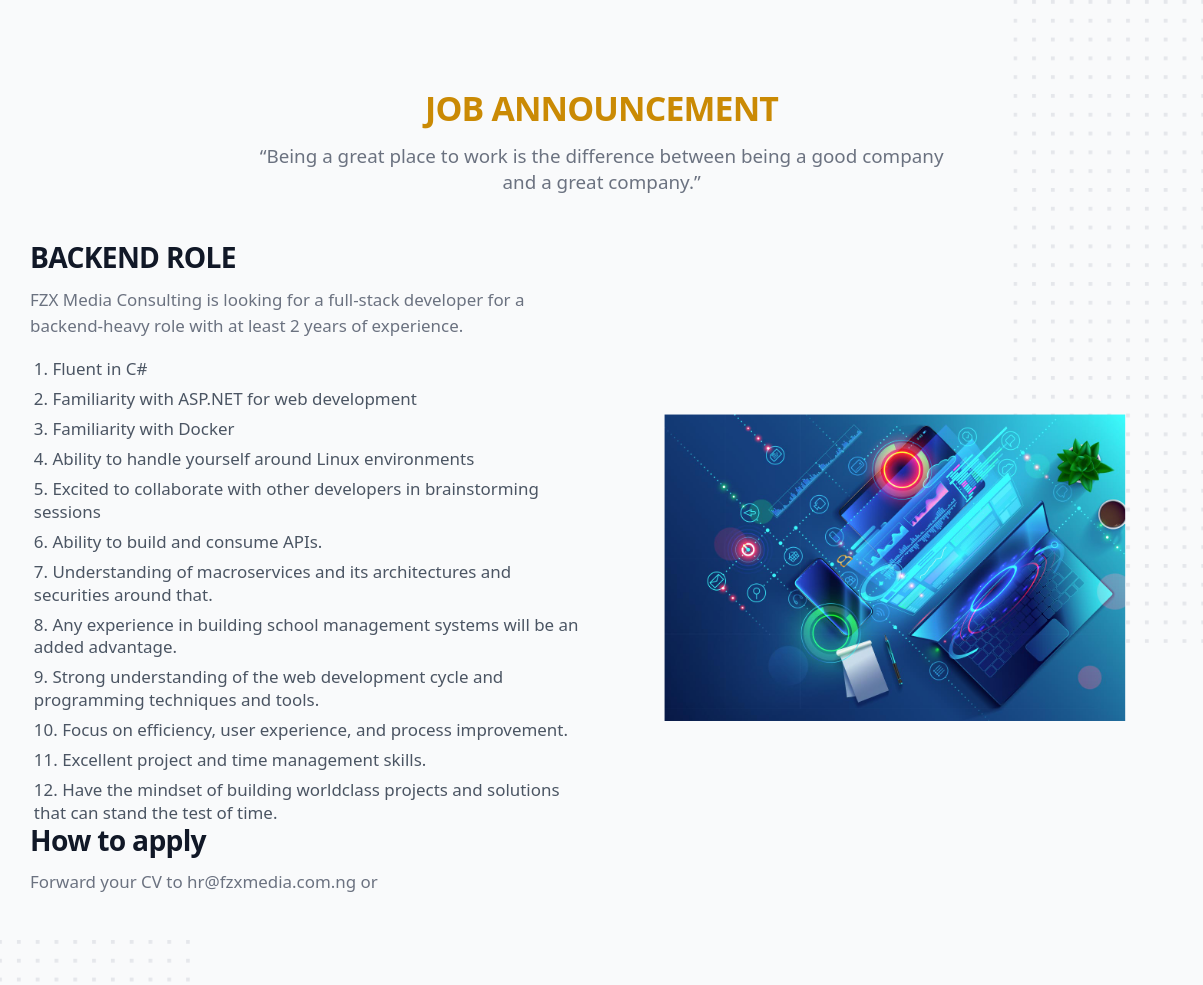
Repository: emorilebo/invotec
Page: /jobs
The author's editor kept a copy of each file at every save. The page is drawn from the files as they stood at one save, then again after the next save.
The browser window is 1280 px wide. The pictures show the whole page, at 94% of full size.
The project was rebuilt for these pictures with package versions that can differ from the ones it lists, and the page was loaded fresh each time. The framework's server and built-in components were replaced by stand-ins that run in the browser. Also part of the build but not shown: next.config.js.

Above is the page before, as saved 2022-12-07 11:34:05.

### pages/jobs.tsx
import React from 'react'
import {
  BoltIcon,
  ChatBubbleBottomCenterTextIcon,
  EnvelopeIcon,
  GlobeAltIcon,
  ScaleIcon,
} from '@heroicons/react/24/solid'

const transferFeatures = [
  {
    id: 1,
    name: '1. Fluent in C#',
    description:
      'Lorem ipsum, dolor sit amet consectetur adipisicing elit. Maiores impedit perferendis suscipit eaque, iste dolor cupiditate blanditiis ratione.',
    icon: GlobeAltIcon,
  },
  {
    id: 2,
    name: '2. Familiarity with ASP.NET for web development',
    description:
      'Lorem ipsum, dolor sit amet consectetur adipisicing elit. Maiores impedit perferendis suscipit eaque, iste dolor cupiditate blanditiis ratione.',
    icon: ScaleIcon,
  },
  {
    id: 3,
    name: '3. Familiarity with Docker',
    description:
      'Lorem ipsum, dolor sit amet consectetur adipisicing elit. Maiores impedit perferendis suscipit eaque, iste dolor cupiditate blanditiis ratione.',
    icon: BoltIcon,
  },
  {
    id: 4,
    name: '4. Ability to handle yourself around Linux environments',
    description:
      'Lorem ipsum, dolor sit amet consectetur adipisicing elit. Maiores impedit perferendis suscipit eaque, iste dolor cupiditate blanditiis ratione.',
    icon: BoltIcon,
  },
  {
    id: 5,
    name: '5. Excited to collaborate with other developers in brainstorming sessions',
    description:
      'Lorem ipsum, dolor sit amet consectetur adipisicing elit. Maiores impedit perferendis suscipit eaque, iste dolor cupiditate blanditiis ratione.',
    icon: BoltIcon,
  },
  {
    id: 6,
    name: '6. Ability to build and consume APIs.',
    description:
      'Lorem ipsum, dolor sit amet consectetur adipisicing elit. Maiores impedit perferendis suscipit eaque, iste dolor cupiditate blanditiis ratione.',
    icon: BoltIcon,
  },
  {
    id: 7,
    name: '7. Understanding of macroservices and its architectures and securities around that.',
    description:
      'Lorem ipsum, dolor sit amet consectetur adipisicing elit. Maiores impedit perferendis suscipit eaque, iste dolor cupiditate blanditiis ratione.',
    icon: BoltIcon,
  },
  {
    id: 8,
    name: '8. Any experience in building school management systems will be an added advantage.',
    description:
      'Lorem ipsum, dolor sit amet consectetur adipisicing elit. Maiores impedit perferendis suscipit eaque, iste dolor cupiditate blanditiis ratione.',
    icon: BoltIcon,
  },
  {
    id: 9,
    name: '9. Strong understanding of the web development cycle and programming techniques and tools.',
    description:
      'Lorem ipsum, dolor sit amet consectetur adipisicing elit. Maiores impedit perferendis suscipit eaque, iste dolor cupiditate blanditiis ratione.',
    icon: BoltIcon,
  },
  {
    id: 10,
    name: '10. Focus on efficiency, user experience, and process improvement.',
    description:
      'Lorem ipsum, dolor sit amet consectetur adipisicing elit. Maiores impedit perferendis suscipit eaque, iste dolor cupiditate blanditiis ratione.',
    icon: BoltIcon,
  },
  {
    id: 11,
    name: '11. Excellent project and time management skills.',
    description:
      'Lorem ipsum, dolor sit amet consectetur adipisicing elit. Maiores impedit perferendis suscipit eaque, iste dolor cupiditate blanditiis ratione.',
    icon: BoltIcon,
  },
  {
    id: 12,
    name: '12. Have the mindset of building worldclass projects and solutions that can stand the test of time.',
    description:
      'Lorem ipsum, dolor sit amet consectetur adipisicing elit. Maiores impedit perferendis suscipit eaque, iste dolor cupiditate blanditiis ratione.',
    icon: BoltIcon,
  },
]
const communicationFeatures = [
  {
    id: 1,
    name: 'Mobile notifications',
    description:
      'Lorem ipsum, dolor sit amet consectetur adipisicing elit. Maiores impedit perferendis suscipit eaque, iste dolor cupiditate blanditiis ratione.',
    icon: ChatBubbleBottomCenterTextIcon,
  },
  {
    id: 2,
    name: 'Reminder emails',
    description:
      'Lorem ipsum, dolor sit amet consectetur adipisicing elit. Maiores impedit perferendis suscipit eaque, iste dolor cupiditate blanditiis ratione.',
    icon: EnvelopeIcon,
  },
]

function jobs() {
  return (
    <div className="overflow-hidden bg-gray-50 py-16 lg:py-24">
      <div className="relative mx-auto max-w-xl px-6 lg:max-w-7xl lg:px-8">
        <svg
          className="absolute left-full hidden -translate-x-1/2 -translate-y-1/4 transform lg:block"
          width={404}
          height={784}
          fill="none"
          viewBox="0 0 404 784"
          aria-hidden="true"
        >
          <defs>
            <pattern
              id="b1e6e422-73f8-40a6-b5d9-c8586e37e0e7"
              x={0}
              y={0}
              width={20}
              height={20}
              patternUnits="userSpaceOnUse"
            >
              <rect
                x={0}
                y={0}
                width={4}
                height={4}
                className="text-gray-200"
                fill="currentColor"
              />
            </pattern>
          </defs>
          <rect
            width={404}
            height={784}
            fill="url(#b1e6e422-73f8-40a6-b5d9-c8586e37e0e7)"
          />
        </svg>

        <div className="relative">
          <h2 className="text-center text-3xl font-bold leading-8 tracking-tight text-yellow-600 sm:text-4xl">
            JOB ANNOUNCEMENT
          </h2>
          <p className="mx-auto mt-4 max-w-3xl text-center text-sm lg:text-xl text-gray-500 ">
            “Being a great place to work is the difference between being a good
            company and a great company.”
          </p>
        </div>

        <div className="relative mt-12 lg:mt-12 lg:grid lg:grid-cols-2 lg:items-center lg:gap-8">
          <div className="relative">
            <h3 className="text-2xl font-bold tracking-tight text-gray-900 sm:text-3xl">
              BACKEND ROLE
            </h3>
            <p className="mt-3 text-lg text-gray-500">
              FZX Media Consulting is looking for a full-stack developer for a
              backend-heavy role with at least 2 years of experience.
            </p>

            <dl className="mt-5 space-y-2">
              {transferFeatures.map((item) => (
                <div key={item.id} className="relative">
                  <dt>

                    <p className="ml-1 text-lg font-base leading-6 text-gray-600">
                      {item.name}
                    </p>
                  </dt>

                </div>
              ))}
            </dl>
            <h3 className="text-2xl font-bold tracking-tight text-gray-900 sm:text-3xl">
              How to apply
            </h3>
            <p className="mt-3 text-lg text-gray-500">
              Forward your CV to hr@fzxmedia.com.ng or
            </p>

          </div>

          <div className="relative -mx-4 mt-10 lg:mt-0" aria-hidden="true">
            <svg
              className="absolute left-1/2 -translate-x-1/2 translate-y-16 transform lg:hidden"
              width={784}
              height={404}
              fill="none"
              viewBox="0 0 784 404"
            >
              <defs>
                <pattern
                  id="ca9667ae-9f92-4be7-abcb-9e3d727f2941"
                  x={0}
                  y={0}
                  width={20}
                  height={20}
                  patternUnits="userSpaceOnUse"
                >
                  <rect
                    x={0}
                    y={0}
                    width={4}
                    height={4}
                    className="text-gray-200"
                    fill="currentColor"
                  />
                </pattern>
              </defs>
              <rect
                width={784}
                height={404}
                fill="url(#ca9667ae-9f92-4be7-abcb-9e3d727f2941)"
              />
            </svg>
            <img
              className="relative mx-auto"
              width={490}
              src="/computer.jpg"
              alt=""
            />
          </div>
        </div>

        <svg
          className="absolute right-full hidden translate-x-1/2 translate-y-12 transform lg:block"
          width={404}
          height={784}
          fill="none"
          viewBox="0 0 404 784"
          aria-hidden="true"
        >
          <defs>
            <pattern
              id="64e643ad-2176-4f86-b3d7-f2c5da3b6a6d"
              x={0}
              y={0}
              width={20}
              height={20}
              patternUnits="userSpaceOnUse"
            >
              <rect
                x={0}
                y={0}
                width={4}
                height={4}
                className="text-gray-200"
                fill="currentColor"
              />
            </pattern>
          </defs>
          <rect
            width={404}
            height={784}
            fill="url(#64e643ad-2176-4f86-b3d7-f2c5da3b6a6d)"
          />
        </svg>


      </div>
    </div>
  )
}

export default jobs

Loaded but not shown: pages/_app.tsx (common file); styles/globals.css (common file); tailwind.config.js (common file)

After the next save:
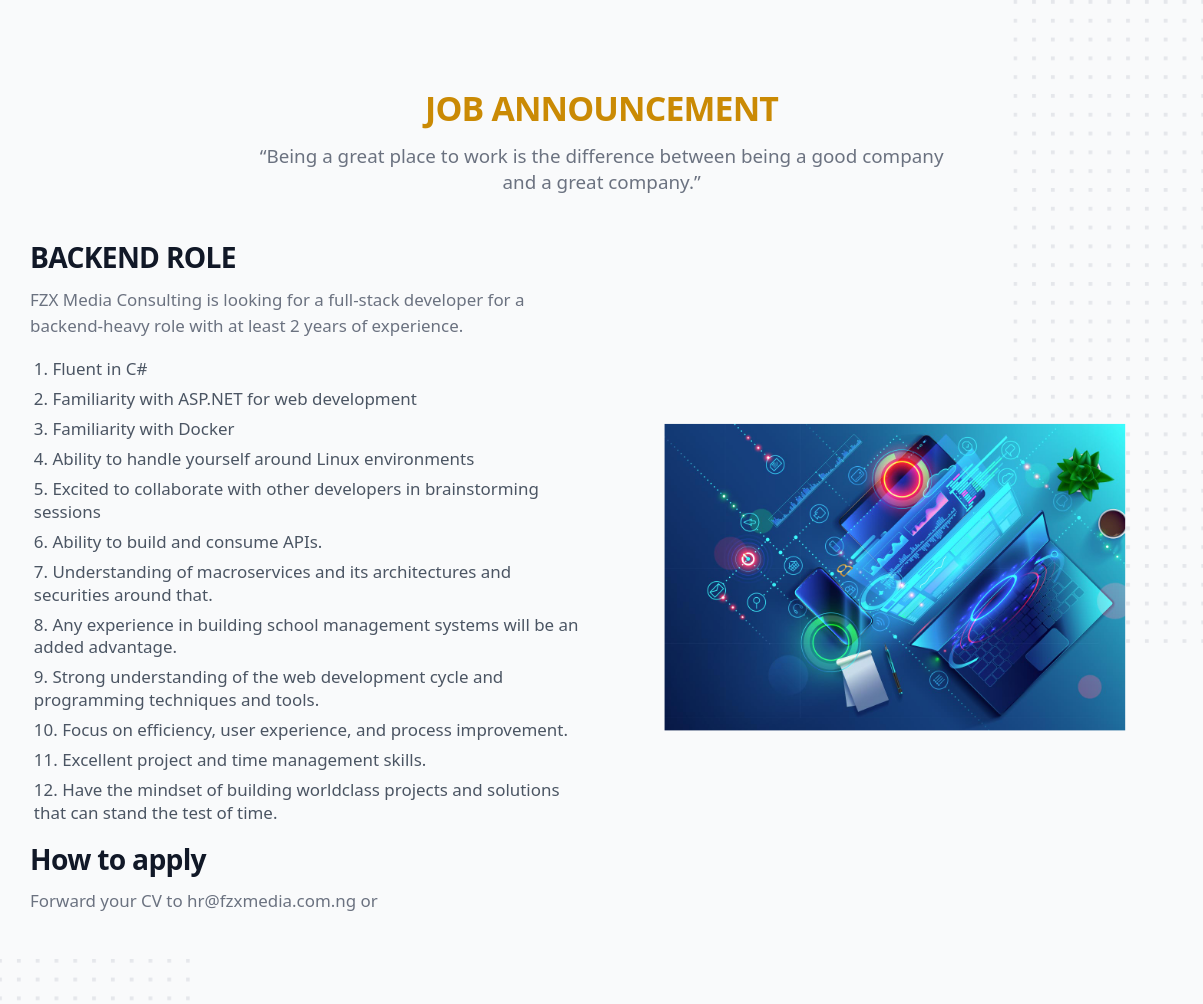
Saved 17 s later.
--- a/pages/jobs.tsx
+++ b/pages/jobs.tsx
@@ -181,7 +181,7 @@ function jobs() {
                 </div>
               ))}
             </dl>
-            <h3 className="text-2xl font-bold tracking-tight text-gray-900 sm:text-3xl">
+            <h3 className="text-2xl mt-5 font-bold tracking-tight text-gray-900 sm:text-3xl">
               How to apply
             </h3>
             <p className="mt-3 text-lg text-gray-500">
